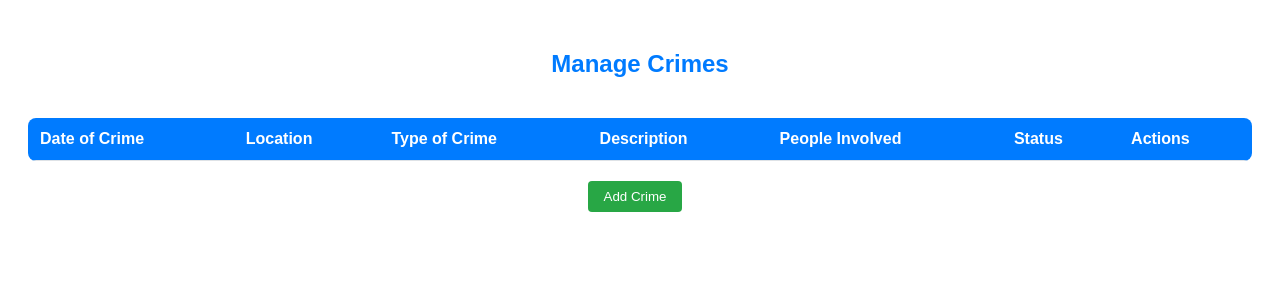
Repository: gurunathdeshpande/criminal_record_management_system
Page: http://localhost/criminal/crimes.jsp
An editor plug-in stored every save of this project. The page is shown before and after the next save, followed by the edit.
The browser window is 1280 px wide. The pictures show the whole page.
Some web fonts or font styles are not loaded; a fallback is used. The page is served by Tomcat 9. Other server files are loaded and not shown. Queries for data that is not in the repository find no rows.

Above is the page before, as saved 2024-02-17 11:41:25.

### criminal/src/main/webapp/crimes.jsp
<%@ page language="java" contentType="text/html; charset=UTF-8" pageEncoding="UTF-8"%>
<%@ page import="java.sql.Connection" %>
<%@ page import="java.sql.Statement" %>
<%@ page import="java.sql.ResultSet" %>
<%@ page import="java.sql.SQLException" %>
<%@ page import="com.criminal_record_management.helper.ConnectionProvider" %>
<%@ page import="com.criminal_record_management.entities.Message" %>

<!DOCTYPE html>
<html lang="en">
<head>
    <meta charset="UTF-8">
    <meta name="viewport" content="width=device-width, initial-scale=1.0">
    <title>Crime Records Management System</title>
    <!-- Add the link to crimes.css here -->
    <link rel="stylesheet" href="css/crimes.css">
    <style>
        /* Your CSS styles here */
        body {
            font-family: Arial, sans-serif;
        }

        #crimes-section {
            text-align: center;
            margin-top: 50px;
        }

        h2 {
            font-family: "Arial Black", sans-serif;
            color: #007bff;
            margin-bottom: 20px;
        }

        .table-container {
            margin-top: 20px;
        }

        .btn {
            margin-right: 10px;
        }

        .add-btn {
            background-color: #28a745;
            color: #fff;
            border: none;
            padding: 8px 16px;
            border-radius: 4px;
            cursor: pointer;
            transition: background-color 0.3s;
        }

        .add-btn:hover {
            background-color: #218838;
        }

        .edit-btn {
            background-color: #007bff;
            color: #fff;
            border: none;
            padding: 8px 16px;
            border-radius: 4px;
            cursor: pointer;
            transition: background-color 0.3s;
        }

        .edit-btn:hover {
            background-color: #0056b3;
        }

        .delete-btn {
            background-color: #dc3545;
            color: #fff;
            border: none;
            padding: 8px 16px;
            border-radius: 4px;
            cursor: pointer;
            transition: background-color 0.3s;
        }

        .delete-btn:hover {
            background-color: #c82333;
        }

        .alert {
            padding: 15px;
            margin-bottom: 20px;
            border: 1px solid transparent;
            border-radius: 4px;
        }

        .alert-success {
            color: #155724;
            background-color: #d4edda;
            border-color: #c3e6cb;
        }
    </style>
</head>
<body>
    <% Message m1 = (Message) session.getAttribute("msg");
       if(m1 != null) { %>
           <div class="alert alert-success" role="alert">
               <%= m1.getContent() %>
           </div>
           <% session.removeAttribute("msg"); %>
    <% } %>


    <section id="crimes-section">
        <h2>Manage Crimes</h2>
        <div class="table-container">
            <table class="crime-table">
                <thead>
                    <tr>
                        <th>Date of Crime</th>
                        <th>Location</th>
                        <th>Type of Crime</th>
                        <th>Description</th>
                        <th>People Involved</th>
                        <th>Status</th>
                        <th>Actions</th>
                    </tr>
                </thead>
                <tbody>
                    <%
                        Connection con = null;
                        Statement stmt = null;
                        ResultSet rs = null;
                        try {
                            con = ConnectionProvider.getConnection();
                            stmt = con.createStatement();
                            String query = "SELECT * FROM crimes";
                            rs = stmt.executeQuery(query);
                            while (rs.next()) {
                    %>
                                <tr>
                                    <td><%= rs.getString("date_of_crime") %></td>
                                    <td><%= rs.getString("location") %></td>
                                    <td><%= rs.getString("crime_type") %></td>
                                    <td><%= rs.getString("description") %></td>
                                    <td><%= rs.getString("people_involved") %></td>
                                    <td><%= rs.getString("status") %></td>
                                    <td>
                                        <button class="btn edit-btn"><a href="edit_crimes.jsp?crimeid=<%= rs.getInt("crimeId") %>">Edit</a></button>
                                        <button class="btn delete-btn"><a href="delete?crimeid=<%= rs.getString("crimeId") %>">Delete</a></button>
                                    </td>
                                </tr>
                    <%
                            }
                        } catch (SQLException e) {
                            e.printStackTrace();
                        } finally {
                            // Close resources in finally block
                            try {
                                if (rs != null) rs.close();
                                if (stmt != null) stmt.close();
                                if (con != null) con.close();
                            } catch (SQLException e) {
                                e.printStackTrace();
                            }
                        }
                    %>
                </tbody>
            </table>
        </div>
        <button class="btn add-btn" onclick="redirectToEdit('add')">Add Crime</button>
    </section>
    <script>
        // Function to redirect to edit_crimes.html or add_crimes.html based on action
        function redirectToEdit(action) {
            if (action === 'edit') {
                window.location.href = "edit_crimes.html";
            } else if (action === 'add') {
                window.location.href = "add_crime.jsp";
            }
        }
    </script>
</body>
</html>

### criminal/src/main/java/com/criminal_record_management/helper/ConnectionProvider.java
package com.criminal_record_management.helper;

import java.sql.Connection;
import java.sql.DriverManager;
import java.sql.SQLException;

public class ConnectionProvider {
    private static final String JDBC_URL = "jdbc:mysql://localhost:3306/criminalrecord"; // Replace database_name with your actual database name
    private static final String JDBC_USERNAME = "root";
    private static final String JDBC_PASSWORD = "";

    public static Connection getConnection() {
        Connection connection = null;
        try {
            // Register JDBC driver
            Class.forName("com.mysql.jdbc.Driver");
            // Open a connection
            connection = DriverManager.getConnection(JDBC_URL, JDBC_USERNAME, JDBC_PASSWORD);
        } catch (ClassNotFoundException | SQLException e) {
            e.printStackTrace();
        }
        return connection;
    }

    public static void closeConnection(Connection connection) {
        if (connection != null) {
            try {
                connection.close();
            } catch (SQLException e) {
                e.printStackTrace();
            }
        }
    }
}

### criminal/src/main/webapp/css/crimes.css
@charset "UTF-8";

/* Table Styles */
.table-container {
    overflow-x: auto;
}
.crime-table {
    width: 100%;
    border-collapse: collapse;
    border-spacing: 0;
}
.crime-table th, .crime-table td {
    padding: 12px 15px;
    text-align: left;
    border-bottom: 1px solid #ddd;
}
.crime-table th {
    background-color: #f2f2f2;
    color: #333;
    font-weight: bold;
}
.crime-table tbody tr:nth-child(even) {
    background-color: #f9f9f9;
}
.crime-table tbody tr:hover {
    background-color: #e9e9e9;
}
.crime-table .btn {
    padding: 8px 12px;
    border: none;
    cursor: pointer;
    border-radius: 4px;
    transition: background-color 0.3s;
}
.crime-table .btn.view-btn {
    background-color: #007bff;
    color: #fff;
}
.crime-table .btn.delete-btn {
    background-color: #dc3545;
    color: #fff;
}
.crime-table .btn:hover {
    background-color: rgba(0, 0, 0, 0.1);
}

/* crimes.css */

/* Add Bootstrap classes to enhance table appearance */
.table-container {
    padding: 20px;
}

.crime-table {
    width: 100%;
    border-collapse: collapse;
    border-radius: 8px;
    overflow: hidden;
}

.crime-table th,
.crime-table td {
    padding: 12px;
    text-align: left;
    border-bottom: 1px solid #dee2e6;
}

.crime-table th {
    background-color: #007bff;
    color: #fff;
}

.crime-table tbody tr:hover {
    background-color: rgba(0, 123, 255, 0.1);
}

.view-btn,
.delete-btn {
    padding: 8px 16px;
    margin-right: 5px;
    border: none;
    border-radius: 4px;
    cursor: pointer;
    color: #fff;
}

.view-btn {
    background-color: #28a745;
}

.view-btn:hover {
    background-color: #218838;
}

.delete-btn {
    background-color: #dc3545;
}

.delete-btn:hover {
    background-color: #c82333;
}

/* crimes.css */

.enter-btn {
    background-color: #28a745;
    color: #fff;
    padding: 8px 16px;
    border: none;
    border-radius: 4px;
    cursor: pointer;
    transition: background-color 0.3s;
}

.enter-btn:hover {
    background-color: #218838;
}

After the next save:
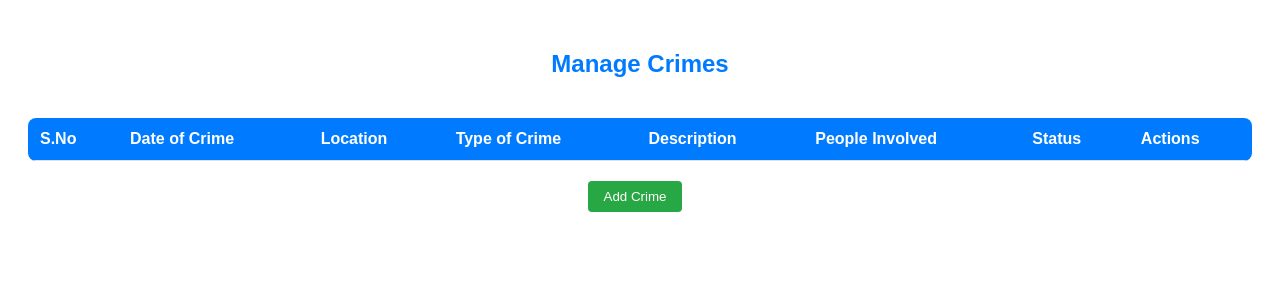
Saved 113 s later.
--- a/criminal/src/main/webapp/crimes.jsp
+++ b/criminal/src/main/webapp/crimes.jsp
@@ -111,6 +111,7 @@
             <table class="crime-table">
                 <thead>
                     <tr>
+                        <th>S.No</th>
                         <th>Date of Crime</th>
                         <th>Location</th>
                         <th>Type of Crime</th>
@@ -130,9 +131,11 @@
                             stmt = con.createStatement();
                             String query = "SELECT * FROM crimes";
                             rs = stmt.executeQuery(query);
+                            int count =1;
                             while (rs.next()) {
                     %>
                                 <tr>
+                                    <td><%= count++ %></td>
                                     <td><%= rs.getString("date_of_crime") %></td>
                                     <td><%= rs.getString("location") %></td>
                                     <td><%= rs.getString("crime_type") %></td>
@@ -168,11 +171,12 @@
         // Function to redirect to edit_crimes.html or add_crimes.html based on action
         function redirectToEdit(action) {
             if (action === 'edit') {
-                window.location.href = "edit_crimes.html";
+                window.location.href = "edit_crimes.jsp";
             } else if (action === 'add') {
                 window.location.href = "add_crime.jsp";
             }
         }
+
     </script>
 </body>
 </html>
